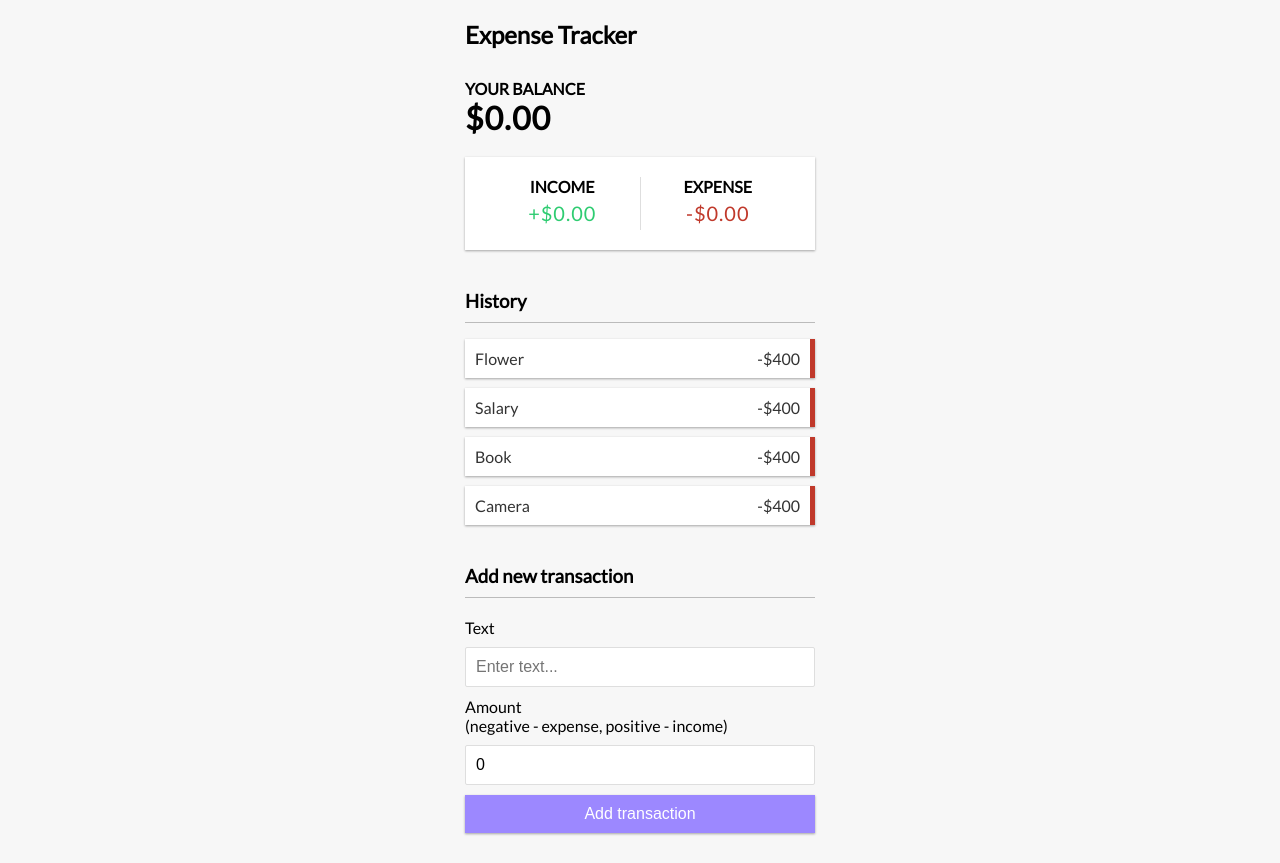
Repository: Adel-Abdallah/ex-tracker
Page: /
These files come from the project's save history. The page is drawn as it stood at one moment and after a run of saves; the edit follows.
The browser window is 1280 px wide. The pictures show the whole page.
The project was rebuilt for these pictures with package versions that can differ from the ones it lists, and the page was loaded fresh each time. Imported but missing from the stored project, and not drawn on this page: src/context/AppReducer.

Above is the page before, as saved 2020-10-25 09:31:33.

### src/index.js
import React from 'react';
import ReactDOM from 'react-dom';

import App from './App';


ReactDOM.render(

    <App />,

  document.getElementById('root')
);

### src/App.js
import React from "react";
import Header from "./components/Header";
import Balance from "./components/Balance";
import "./App.css";
import IncomeEspenses from "./components/IncomeExpenses";
import TransactionList from "./components/TransactionList";
import AddTransaction from "./components/AddTransaction";

import {GlobalProvider} from "./context/GlobleState"

function App() {
  return (
    <GlobalProvider>
      <Header />
      <div className='container'>
        <Balance />
        <IncomeEspenses />
        <TransactionList />
        <AddTransaction/>
      </div>
    </GlobalProvider>
  );
}

export default App;

### src/components/Header.jsx
import React from "react";

const Header = () => {
  return <h2>Expense Tracker</h2>;
};

export default Header;

### src/components/Balance.jsx
import React from "react";

const Balance = () => {
  return (
    <>
      <h4>Your Balance</h4>
      <h1>$0.00</h1>
    </>
  );
};

export default Balance;

### src/components/IncomeExpenses.jsx
import React from "react";

const IncomeEspenses = () => {
  return (
    <div className='inc-exp-container'>
      <div>
        <h4>Income</h4>
        <p className='money plus'>+$0.00</p>
      </div>
      <div>
        <h4>Expense</h4>
        <p className='money minus'>-$0.00</p>
      </div>
    </div>
  );
};

export default IncomeEspenses;

### src/components/TransactionList.jsx
import React, { useContext } from "react";
import { GlobalContext } from "../context/GlobleState";
import Transaction from "./Transaction";

const TransactionList = () => {
  const { transactions } = useContext(GlobalContext);

  return (
    <>
      <h3>History</h3>
      <ul className='list'>
        {transactions.map(transaction => (
          <Transaction key={transaction.id} transaction={transaction} />
        ))}
      </ul>
    </>
  );
};

export default TransactionList;

### src/components/AddTransaction.jsx
import React, { useState } from "react";

const AddTransaction = () => {
  const [text, setText] = useState("");
  const [amount, setAmount] = useState(0);
  return (
    <>
      <h3>Add new transaction</h3>
      <form id='form'>
        <div className='form-control'>
          <label htmlFor='text'>Text</label>
          <input
            type='text'
            value={text}
            onChange={e => setText(e.target.value)}
            placeholder='Enter text...'
          />
        </div>
        <div className='form-control'>
          <label htmlFor='amount'>
            Amount <br />
            (negative - expense, positive - income)
          </label>
          <input type='number' value={amount}
            onChange={e => setAmount(e.target.value)} placeholder='Enter amount...' />
        </div>
        <button className='btn'>Add transaction</button>
      </form>
    </>
  );
};

export default AddTransaction;

### src/context/GlobleState.jsx
import React, {createContext,useReducer} from "react";
import AppReducer from "./AppReducer";
// Initial state
const initialState={
    transactions:[
          { id: 1, text: 'Flower', amount: -20 },
          { id: 2, text: 'Salary', amount: 300 },
          { id: 3, text: 'Book', amount: -10 },
          { id: 4, text: 'Camera', amount: 150 }
        ]
}

// Create context
export const GlobalContext = createContext(initialState);

// provider component

export const GlobalProvider = ({children})=>{
 const [state,dispatch]=useReducer(AppReducer,initialState);

 return (
     <GlobalContext.Provider value={{
         transactions:state.transactions
     }}>
         {children}
     </GlobalContext.Provider>
 )
}

### src/components/Transaction.jsx
import React from "react";

const Transaction = ({transaction}) => {
    const sign = transaction.amount < 0 ? "-" : "+";
  return (
    <li className='minus'>
      {transaction.text} <span>-$400</span>
      <button className='delete-btn'>x</button>
    </li>
  );
};

export default Transaction;

Loaded but not shown: public/index.html (common file); src/App.css (common file)

After the next 6 saves:
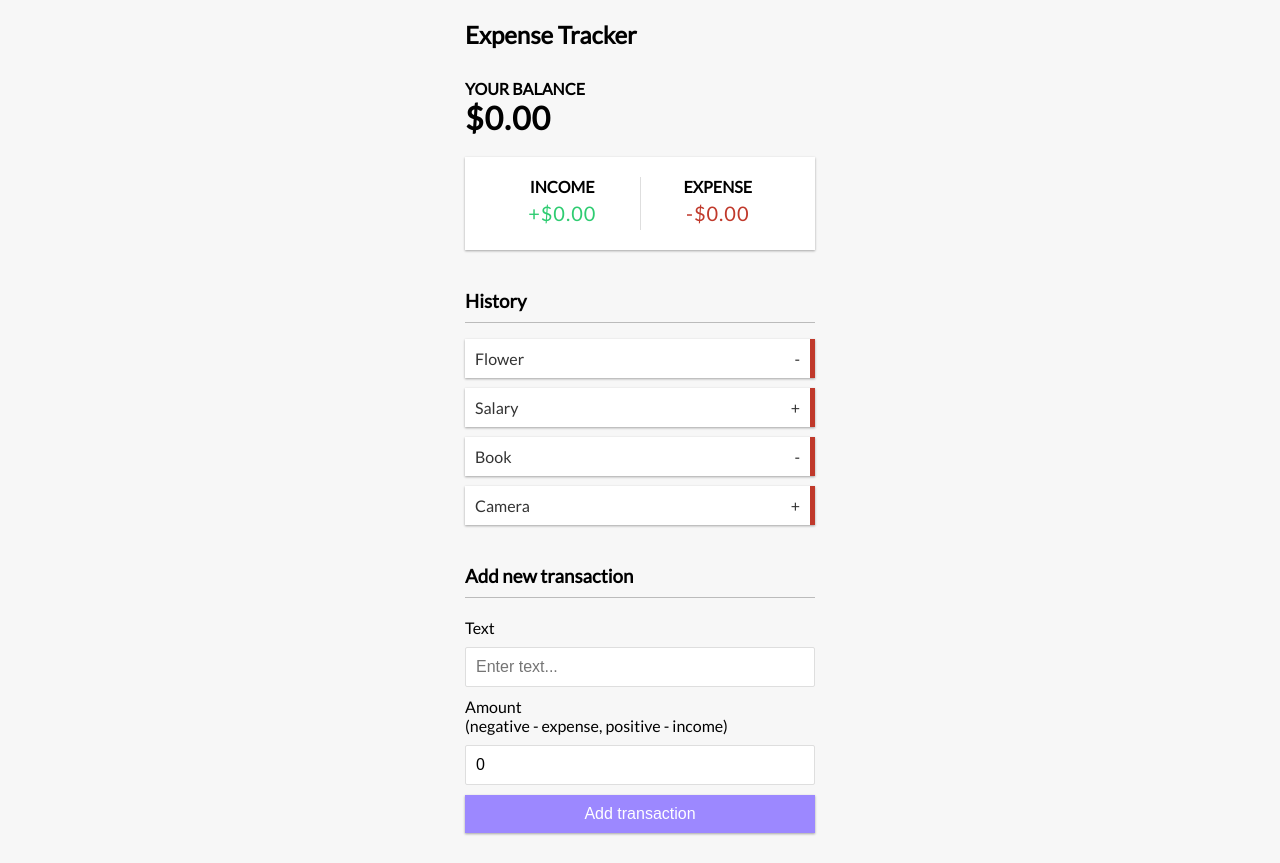
The 6 saves are shown as one change because they came seconds apart.
The last was saved 34 s later.
--- a/src/components/Transaction.jsx
+++ b/src/components/Transaction.jsx
@@ -4,7 +4,7 @@ const Transaction = ({transaction}) => {
     const sign = transaction.amount < 0 ? "-" : "+";
   return (
     <li className='minus'>
-      {transaction.text} <span>-$400</span>
+      {transaction.text} <span>{sign}{}</span>
       <button className='delete-btn'>x</button>
     </li>
   );
